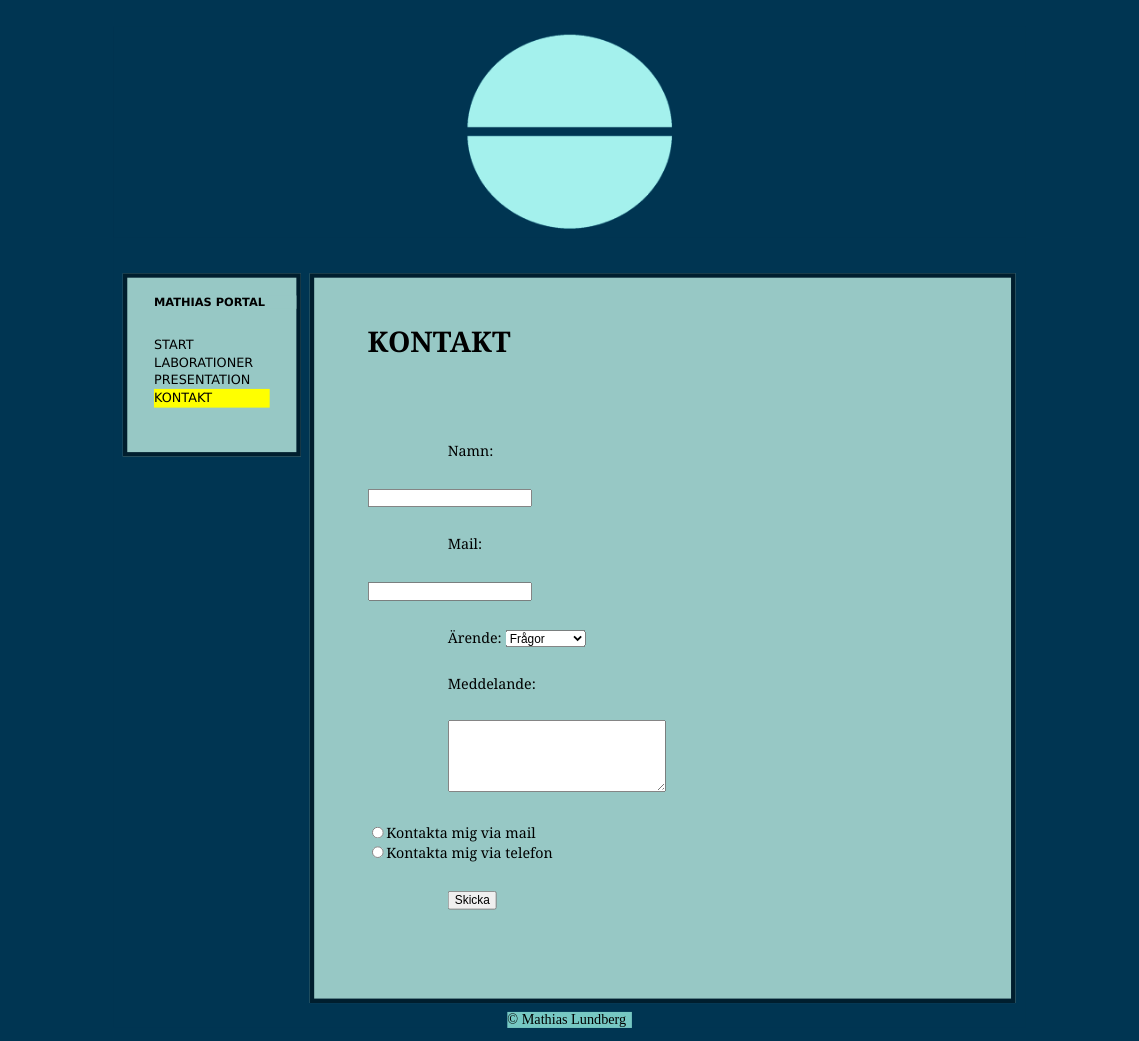
Repository: ml223nw/1ik415-laborationer
Page: pages/kontakt.html
The author's editor kept a record of every edit. The page is drawn from the files as they stood at one moment, then again after the next edit.
The browser window is 1280 px wide. The pictures show the whole page, at 89% of full size.

Above is the page before.

### pages/kontakt.html
<!DOCTYPE html>
<html lang="sv">
    <head>
        <meta charset="utf-8">
        <title>Kontakt - Mathias portal</title>
        <link rel="stylesheet" href="../css/style.css"/>
    </head>
    <body>
    <div id='container'>
    <div id="header">
        </div>

        <div id='navigation'>
        <div id="mathiasportal" class="title">MATHIAS PORTAL</h1>
        </div>
            <ul>
                <li><a href="../index.html">Start</a></li>
                <li><a href="laborationer.html">Laborationer</a></li>
                <li><a href="presentation.html">Presentation</a></li>
                <li><a href="kontakt.html" class="active">Kontakt</a></li>
            </ul>
        </div>
        <div id='content'>
        <h2>KONTAKT</h2>
    <form action=" http://voyager.lnu.se/tekinet/kurser/dtt/wp_webbintro/form.php" method="post">
    <fieldset>
    <p>Namn:</p> <input type="text" name="name">
    <p>Mail:</p> <input type="text" name="mail">
    <p>Ärende: <select name="type"></p>
        <option value="question" selected>Frågor</option>
        <option value="feedback">Synpunkter</option>
        <option value="other">Övrigt</option>

    </select>


        <p>Meddelande:</p>
        <p><textarea rows="5" cols="28"></textarea></p>
        <input type="radio" name="contact" value="yes">Kontakta mig via mail<br>
        <input type="radio" name="contact" value="no">Kontakta mig via telefon
        <p><input type="submit" value="Skicka"></p>
        </fieldset>
    </form>
    </div>
    <div id="footer">
    <p><p>© Mathias Lundberg</p>
    </div>
    </div>
        </body>
</html>

### css/style.css
/* http://meyerweb.com/eric/tools/css/reset/
   v2.0 | 20110126
   License: none (public domain)
*/
html, body, div, span, applet, object, iframe,
h1, h2, h3, h4, h5, h6, p, blockquote, pre,
a, abbr, acronym, address, big, cite, code,
del, dfn, em, img, ins, kbd, q, s, samp,
small, strike, strong, sub, sup, tt, var,
b, u, i, center,
dl, dt, dd, ol, ul, li,
fieldset, form, label, legend,
table, caption, tbody, tfoot, thead, tr, th, td,
article, aside, canvas, details, embed,
figure, figcaption, footer, header, hgroup,
menu, nav, output, ruby, section, summary,
time, mark, audio, video {
	margin: 0;
	padding: 0;
	border: 0;
	font-size: 100%;
	font: inherit;
	vertical-align: baseline;
}

body {
		background-color:#003552;
		alignment-adjust:middle;
}

#container {
    width:1024px;
    margin-left:auto;
    margin-right:auto;
    color:#004a74;
    background-color:#003552;
	}

#header {
	margin-top:30px;
	margin-bottom:30px;
	background-color:#003552;
	background-image: url('../pics/logoTop.png');
	background-position: center;
	background-repeat: no-repeat;
	height:237px;
    }

#pageTitle {
	color:black;
	font-size: 1.3em;
    margin-right:50px;
    }

#navigation {
	border-style:solid;
    border-width:5px;
    border-color:#001E2E;
	margin-top:10px;
	margin-bottom:10px;
	float:left;
	background-color:#97C8C5;
	padding-top:20px;
	padding-bottom:20px;
	width:190px;
	margin-right:10px;
	margin-left:10px;
	}

	#navigation ul {
    margin-top:5px;
    margin-bottom:5px;
    margin:30px;
    padding-right:20px;
    list-style:none;
	}

#content {
	float:left;
	border-style:solid;
    border-width:5px;
    border-color:#001E2E;
	background-color: #97C8C5;
	width:783px;
	font-family:Georgia, serif;
	padding-top:20px;
	padding-bottom:20px;
	margin-top:10px;
	margin-bottom:10px;
	}

	#content h3, h4, video, img, form, ul, ol, table {
    margin:60px 60px 50px 60px;
    color:black;
    }

    #content h2 {
    margin:30px 60px 30px 60px;
    color:black;
    }

    /* Not used */
    #content h641 {
	font-size: 1.8em;
	font-weight: bold;
    }

    #content h2 {
    color:black;
	font-size: 2.0em;
    font-weight: bold;
	text-transform: uppercase;
    }

   	#content h3 {
   	color:black;
	font-size: 1.2em;
	font-weight: bold;
    }

	#content p {
    margin:30px 90px 30px 90px;
    color:black;
    }

#content li {
    margin:40px;
    }

#footer {
	margin-left:auto;
	margin-right:auto;
	margin-top:10px;
	margin-bottom:15px;
    background-color:#76c8c3;
    width:140px;
    font-family:"Times New Roman", serif;
    font-size:2;
    clear:both;
}

#footer p {
	color:black;

}

.postfooter {
	margin-left:auto;
	margin-right:auto;
	font-style:italic;
    color:#730D0D;
    border: 1px dotted #001E2E;
	width: 592px;
}

#navigation a {
    font-size:0.9em;
    line-height: 140%;
    text-decoration:none;
    font-family:Verdana, sans-serif;
    color:black;
    text-transform:uppercase;
    display:block;
}
#navigation a:hover {
    background-color:#0EABA1;
    width:130px;

}
#navigation a.active {
    background-color:yellow;
    width:130px;

}

#content a:hover {
    font-size:100%;
    color:yellow;
    text-decoration:underline;
}
#content a:visited a:hover {
    font-size:100%;
    color:black;
    text-decoration:underline;
}

.title {
	background-color:#97C8C5;
	margin-right:10px;
	margin-left:10px;
    padding-right:auto;
    width:160px;
    border-color:#001E2E;
    }

#mathiasportal {
    margin-left:30px;
    font-size:0.8em;
    font-weight: bold;
    font-family:Verdana, sans-serif;
    color:black;
}

table, th, td {
   border: 2px solid #001E2E;
   background-color: white;
}


th {
    background-color:#0EABA1;
}

After the next edit:
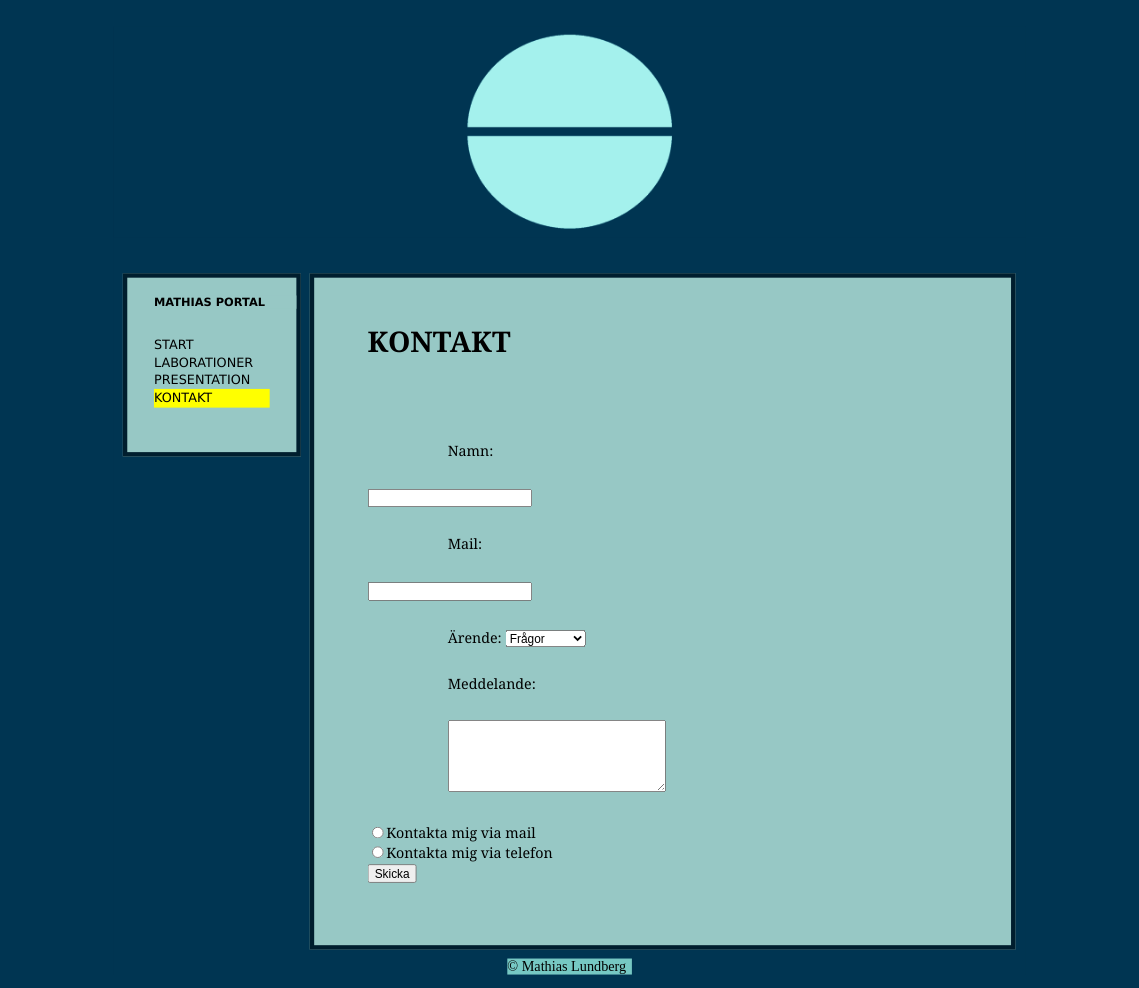
The edit:
--- a/pages/kontakt.html
+++ b/pages/kontakt.html
@@ -38,8 +38,8 @@
         <p><textarea rows="5" cols="28"></textarea></p>
         <input type="radio" name="contact" value="yes">Kontakta mig via mail<br>
         <input type="radio" name="contact" value="no">Kontakta mig via telefon
-        <p><input type="submit" value="Skicka"></p>
         </fieldset>
+        <input type="submit" name="send" value="Skicka" id="submit"/>
     </form>
     </div>
     <div id="footer">
